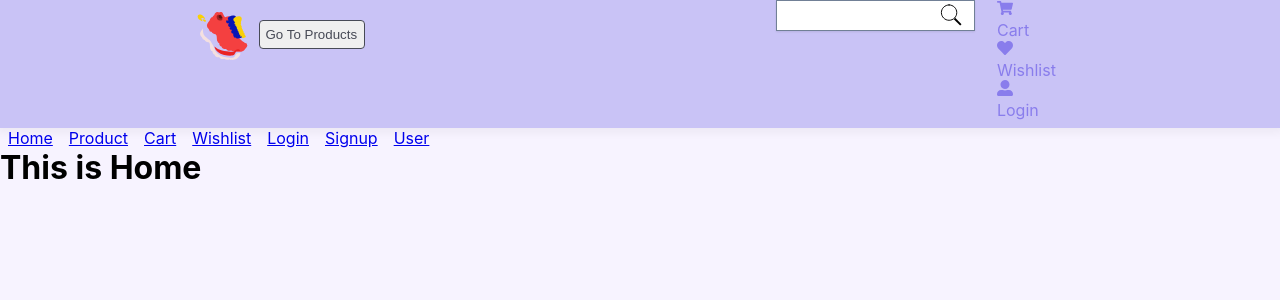
Repository: Irfan-vit/shoecase
Page: /
The author's editor kept a copy of each file at every save. The page is drawn from the files as they stood at one save, then again after the next save.
The browser window is 1280 px wide. The pictures show the whole page.
The page's requests for data from a server got no answer. The project was rebuilt for these pictures with package versions that can differ from the ones it lists, and the page was loaded fresh each time. No one was signed in, and anything a server would have sent is missing. Also part of the build but not shown: src/pages/Product/ProductPage.jsx, src/pages/cart/CartPage.jsx, src/pages/wishlist/WishlistPage.jsx, src/pages/login/LoginPage.jsx, src/pages/signup/SignupPage.jsx, src/pages/user/StyledUser.jsx, src/components/forms/addAddress/AddAddress.jsx, src/components/forms/editAddress/EditAddress.jsx and 4 more.

Above is the page before, as saved 2023-05-22 04:49:16.

After the next save:
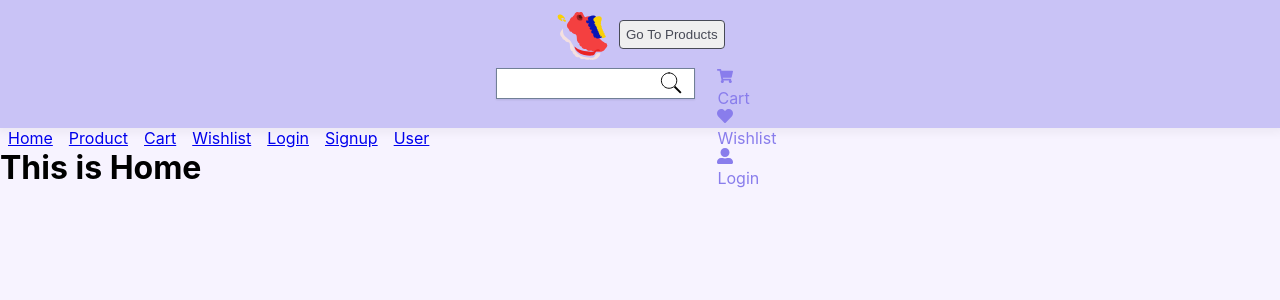
Saved 11 s later.
--- a/src/styles/NavBarStyles.jsx
+++ b/src/styles/NavBarStyles.jsx
@@ -15,7 +15,7 @@ const StyledNav = styled.nav`
   background-color: ${(props) => props.theme.offSetBg};
   margin: 0 auto;
   display: flex;
-  flex-flow: column wrap;
+  flex-flow: column;
   > :nth-child(1) {
     display: flex;
     justify-content: center;
